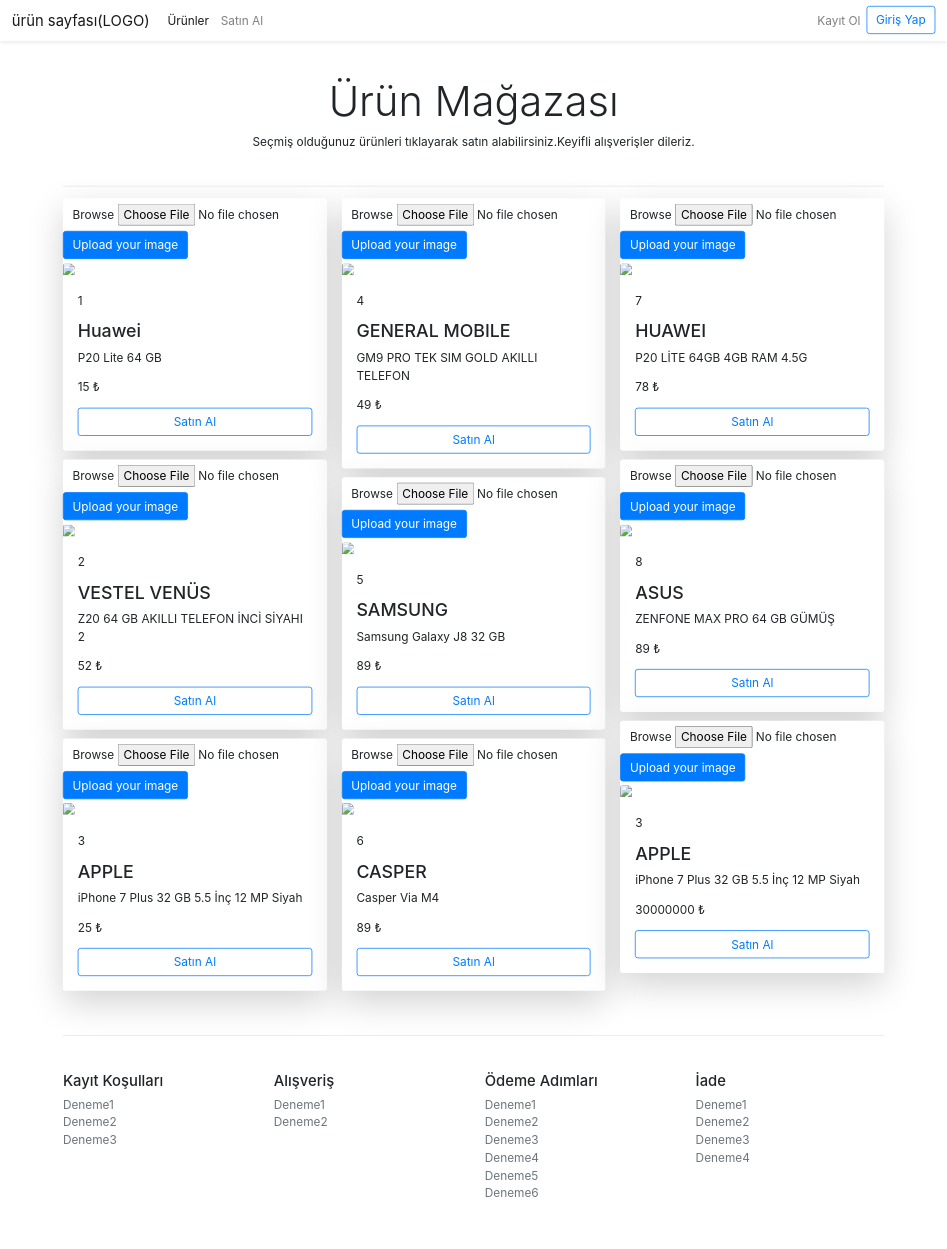
Repository: NergisAktug/E-Commerce-PythonWithFlask-Sqlite3
Page: http://localhost/
The author's editor kept a copy of each file at every save. The page is drawn from the files as they stood at one save, then again after the next save.
The browser window is 1280 px wide. The pictures show the whole page, at 74% of full size.
Some web libraries are served in a nearby version. The page is served by the project's application, run on Flask 3 (app.py). The page reads the database file committed with the project.

Above is the page before, as saved 2018-12-16 00:14:47.

### templates/index.html
<!doctype html>

<html lang="en">
  <head>
      <!-- Required meta tags -->
    <meta charset="utf-8">
    <meta name="viewport" content="width=device-width, initial-scale=1, shrink-to-fit=no">
    <link rel="stylesheet" href="https://use.fontawesome.com/releases/v5.5.0/css/all.css" integrity="sha384-B4dIYHKNBt8Bc12p+WXckhzcICo0wtJAoU8YZTY5qE0Id1GSseTk6S+L3BlXeVIU" crossorigin="anonymous">
    <!-- Bootstrap CSS -->
    <link rel="stylesheet" href="https://stackpath.bootstrapcdn.com/bootstrap/4.1.3/css/bootstrap.min.css" integrity="sha384-MCw98/SFnGE8fJT3GXwEOngsV7Zt27NXFoaoApmYm81iuXoPkFOJwJ8ERdknLPMO" crossorigin="anonymous">

    <title>Hello, world!</title>
  </head>
  <body>



    <nav class="navbar navbar-expand-lg navbar-light shadow-sm" >
        <a href="/" class="navbar-brand">ürün sayfası(LOGO)</a>
        <button class="navbar-toggler" type="button" data-toggle="collapse" data-target="#navbarMenü">
            <span class="navbar-toggler-icon"></span>
        </button>
        <div class="collapse navbar-collapse" id="navbarMenü">
            <ul class="navbar-nav mr-auto">
                <li class="nav-item">
                    <a href="/" class="nav-link active" >Ürünler</a>
                 </li>
                 <li class="nav-item">
                        <a href="/giris" class="nav-link">Satın Al</a>
                     </li>
                     </ul>

                     {% if mesaj %}
                     <ul class="navbar-nav">
                     <div class="alert alert-success">
                            <strong>Başardınız!</strong> {{mesaj}}
                          </div>
                          <li class="nav-item">
                                <a href="/uyeGiris" class="btn btn-outline-primary">Giriş Yap</a>
                               </li>
                            </ul>
                        {% else %}
        {% if  session['uye_giris'] %}
        <ul class="navbar-nav ml-auto">
               <li class="nav-item">  <a href="/sepetGoster" class="nav-link">Sepetim</a></li>
               <li class="nav-item">  <a href="/cikis" class="btn btn-outline-primary">Çıkış Yap</a></li>
            </ul>

        {% else %}
        {% if session['admin_giris']  %}
        <ul class="navbar-nav ml-auto">
                <li class="nav-item"><a href="/giris" >Admin</a></li>
                <li class="nav-item"><a href="/cikis" >Çıkış Yap</a></li>
        </ul>
        {% else %}
            <ul class="navbar-nav">
            <li class="nav-item">
            <a href="/kayit" class="nav-link">Kayıt Ol</a>
            </li>
            <li class="nav-item">
            <a href="/giris" class="btn btn-outline-primary">Giriş Yap</a>
            </li>
            </ul>
            {% endif %}
        {% endif %}
     {% endif %}
        </div>

    </nav>

    <div class="container my-5">
      <h1 class="display-4 text-center mb-2">Ürün Mağazası</h1>
       <p class="text-center mb-5">Seçmiş olduğunuz ürünleri  tıklayarak satın alabilirsiniz.Keyifli alışverişler dileriz.</p>
      <div class="clearfix"></div><hr>
      <div class="card-columns">
          {% if Urun==[] %}
          <div class="alert alert-warning" role="alert">Herhangi bir ürün yok...</div>
          {% else %}
          {% for kayit in Urun %}
          <div data-aos="fade-down" class="card border-0 shadow-lg">
                <form action="/upload" method="post" enctype="multipart/form-data" >
                    <span class="btn btn-default btn-file">
                      Browse <input type="file" name="image">
                    </span>

                  <input type="submit" value="Upload your image" class="btn btn-primary">
                </form>
          <img src="#"  class="card-img-top">
             <div class="card-body">
                    {% for m in marka %}
                    {% if m.markaId==kayit.markaId %}

                    <p>{{m.markaId}}</p>
                    <h4>{{m.markaadi}}</h4>
                    <P>{{m.marka_modeli}} </P>
                    <p>{{kayit.urunFiyati}} ₺</p>
                    <a href="/sepet/kayit.markaId" class="btn btn-outline-primary btn-block">Satın Al</a>
                    {% endif %}
                 {% endfor %}


            </div>
          </div>

      {% endfor %}
      {% endif %}
       </div>
    <hr class="my-5">
</div>


   <footer class="my-5">
<div class="container">
      <div class="row">
     <div class="col-6 col-md-3">
       <h5>Kayıt Koşulları</h5>
       <ul class="list-unstyled">
        <li><a href="#" class="text-muted">Deneme1</a></li>
        <li><a href="#" class="text-muted">Deneme2</a></li>
        <li><a href="#" class="text-muted">Deneme3</a></li>

        </ul>
     </div>

     <div class="col-6 col-md-3">
        <h5>Alışveriş</h5>
        <ul class="list-unstyled">
            <li><a href="#" class="text-muted">Deneme1</a></li>
            <li><a href="#" class="text-muted">Deneme2</a></li>

         </ul>
      </div>
      <div class="col-6 col-md-3">
          <h5>Ödeme Adımları</h5>
          <ul class="list-unstyled">
              <li><a href="#" class="text-muted">Deneme1</a></li>
              <li><a href="#" class="text-muted">Deneme2</a></li>
              <li><a href="#" class="text-muted">Deneme3</a></li>
              <li><a href="#" class="text-muted">Deneme4</a></li>
              <li><a href="#" class="text-muted">Deneme5</a></li>
              <li><a href="#" class="text-muted">Deneme6</a></li>
           </ul>
        </div>
        <div class="col-6 col-md-3">
            <h5>İade</h5>
            <ul class="list-unstyled">
                <li><a href="#" class="text-muted">Deneme1</a></li>
                <li><a href="#" class="text-muted">Deneme2</a></li>
                <li><a href="#" class="text-muted">Deneme3</a></li>
                <li><a href="#" class="text-muted">Deneme4</a></li>
             </ul>
          </div>
      </div>
</div>
   </footer>

    <!-- Optional JavaScript -->
    <!-- jQuery first, then Popper.js, then Bootstrap JS -->
    <script src="https://unpkg.com/aos@2.3.1/dist/aos.js"></script>
    <script src="https://code.jquery.com/jquery-3.3.1.slim.min.js" integrity="sha384-q8i/X+965DzO0rT7abK41JStQIAqVgRVzpbzo5smXKp4YfRvH+8abtTE1Pi6jizo" crossorigin="anonymous"></script>
    <script src="https://cdnjs.cloudflare.com/ajax/libs/popper.js/1.14.3/umd/popper.min.js" integrity="sha384-ZMP7rVo3mIykV+2+9J3UJ46jBk0WLaUAdn689aCwoqbBJiSnjAK/l8WvCWPIPm49" crossorigin="anonymous"></script>
    <script src="https://stackpath.bootstrapcdn.com/bootstrap/4.1.3/js/bootstrap.min.js" integrity="sha384-ChfqqxuZUCnJSK3+MXmPNIyE6ZbWh2IMqE241rYiqJxyMiZ6OW/JmZQ5stwEULTy" crossorigin="anonymous"></script>
    <script>
        AOS.init();
      </script>
  </body>
</html>

### app.py
import datetime
import os
from flask import Flask,flash, request, render_template
from flask import Flask, url_for, redirect, session
from flask_sqlalchemy import SQLAlchemy
from sqlalchemy.sql import table, column, select



class ConfigClass(object):

    SECRET_KEY = 'This is an INSECURE secret!! DO NOT use this in production!!'

    SQLALCHEMY_DATABASE_URI = 'sqlite:///eticaret.sqlite'
    SQLALCHEMY_TRACK_MODIFICATIONS = False

    MAIL_SERVER = 'smtp.gmail.com'
    MAIL_PORT = 465
    MAIL_USE_SSL = True
    MAIL_USE_TLS = False
    MAIL_USERNAME = 'nergis.aktug2014@gmail.com'
    MAIL_PASSWORD = '05383896877'
    MAIL_DEFAULT_SENDER = '"MyApp" <xyz@gmail.com>'

    USER_ENABLE_EMAIL = True
    USER_ENABLE_USERNAME = False
    USER_EMAIL_SENDER_EMAIL = "noreply@example.com"


def create_app():



    app = Flask(__name__)
    app.config.from_object(__name__ + '.ConfigClass')

    db = SQLAlchemy(app)

    UPLOAD_FOLDER = os.path.basename('uploads')
    app.config['UPLOAD_FOLDER'] = UPLOAD_FOLDER

    class Kullanici(db.Model):
        __tablename__ = 'Kullanici'
        id = db.Column(db.Integer, primary_key=True)
        email = db.Column(db.String(80), unique=True)
        sifre = db.Column(db.String(80))
        rolId = db.Column(db.Integer, db.ForeignKey('rol.rolId', ondelete='CASCADE'))
        def __init__(self, email, sifre,rolId):
            self.email = email
            self.sifre = sifre
            self.rolId =rolId

    class Roller(db.Model):
        __tablename__ = 'rol'
        rolId = db.Column(db.Integer, primary_key=True)
        rolisim = db.Column(db.String(80))

    class urunler(db.Model):
        __tablename__ = 'urunler'
        urun_id = db.Column(db.Integer, primary_key=True)
        urunismi = db.Column(db.String(80))
        urunresmi = db.Column(db.String(256))
        urunstok=db.Column(db.Integer)
        urunFiyati = db.Column(db.Integer)
        markaId = db.Column(db.Integer,db.ForeignKey('markalar.markaId', ondelete='CASCADE'))

        def __init__(self, urunismi, urunresmi, urunFiyati,urunstok,markaId):
            self.urunismi =urunismi
            self.urunresmi = urunresmi
            self.urunFiyati = urunFiyati
            self.markaId=markaId
            self.urunstok=urunstok
    class markalar(db.Model):
        __tablename__ = 'markalar'
        markaId = db.Column(db.Integer, primary_key=True)
        markaadi = db.Column(db.String(80))
        marka_modeli = db.Column(db.String(80))

        def __init__(self, markaadi, marka_modeli):
            self.markaadi = markaadi
            self.marka_modeli = marka_modeli

    class musteri(db.Model):
        __tablename__ = 'musteri'
        musteriId = db.Column(db.Integer, primary_key=True)
        musteriadi = db.Column(db.String(80))
        musterisoyadi = db.Column(db.String(80))
        mail = db.Column(db.String(80), unique=True)
        telefon = db.Column(db.Integer)
        sifre = db.Column(db.String(80))
        il = db.Column(db.String(80))
        ilce = db.Column(db.String(80))
        kullaniciId = db.Column(db.Integer(), db.ForeignKey('Kullanici.id', ondelete='CASCADE'))

        def __init__(self, musteriadi, musterisoyadi, mail, telefon, sifre, il, ilce, kullaniciId):
            self.musteriadi = musteriadi
            self.musterisoyadi = musterisoyadi
            self.mail = mail
            self.telefon = telefon
            self.sifre = sifre
            self.il = il
            self.ilce = ilce
            self.kullaniciId = kullaniciId

    class siparis(db.Model):
        __tablename__ = 'siparis'
        siparisId = db.Column(db.Integer, primary_key=True)
        musteriId = db.Column(db.Integer(), db.ForeignKey('musteri.musteriId', ondelete='CASCADE'))
        urunId = db.Column(db.Integer(), db.ForeignKey('urunler.urun_id', ondelete='CASCADE'))
        siparisno = db.Column(db.Integer)
        siparisTarihi = db.Column(db.DateTime, index=True, default=datetime.datetime.utcnow())
        odemeId = db.Column(db.Integer())

        def __init__(self, musteriId, urunId, siparisno, siparisTarihi, odemeId):
            self.musteriId = musteriId
            self.urunId = urunId
            self.siparisno = siparisno
            self.siparisTarihi = siparisTarihi
            self.odemeId = odemeId




    db.create_all()



    @app.route('/')
    def anasayfa():

        marka=markalar.query.all()
        Urun=urunler.query.all()
        tumVeri=urunler.query.all()

        return render_template('index.html',tumVeri=tumVeri,Urun=Urun,marka=marka)

    @app.route('/upload', methods=['POST'])
    def upload_file():
        dosya= request.files['image']
        f = os.path.join(app.config['UPLOAD_FOLDER'], dosya.filename)

        # add your custom code to check that the uploaded file is a valid image and not a malicious file (out-of-scope for this post)
        dosya.save(f)
        return redirect(url_for('anasayfa'))

    @app.route('/kayit', methods=['GET', 'POST'])
    def kayit():
        if request.method == 'POST':
            mail = request.form['email']
            parola = request.form['sifre']
            yeniKullanici = Kullanici(email=mail, sifre=parola,rolId=0)
            db.session.add(yeniKullanici)
            db.session.commit()
            if yeniKullanici is not None:
                mesaj = "Kayıt Başarıyla Sağlanmıştır."
                return render_template("index.html", mesaj=mesaj)
        else:
            return render_template('kayit.html')


    @app.route('/uye', methods=['GET', 'POST'])
    def uye():
        return redirect(url_for('giris'))

    @app.route('/giris', methods=['GET', 'POST'])
    def giris():
        if request.method == 'GET':
            return render_template('uyeGiris.html')
        else:
            email = request.form['email']
            sifre = request.form['sifre']
            data = Kullanici.query.filter_by(email=email, sifre=sifre).first()
            if data is not None:

                if Kullanici.query.filter_by(email=email, sifre=sifre, rolId=1).first():
                    session['admin_giris'] = True
                    return render_template('admin.html',rolId = 1, gir = session['admin_giris'])
                else:
                    session['uye_giris'] = True

                    return redirect(url_for('anasayfa',rolId = 0, gir = session['uye_giris']))
            else:
                return render_template('uyeGiris.html')
    @app.route('/cikis')
    def cikis():
        session.pop('admin_giris',None)
        session.pop('uye_giris',None)
        return redirect(url_for("anasayfa"))
    @app.route('/urunEkle')
    def urunGoster():
        tumVeri=urunler.query.all()
        return render_template("urunEkle.html",tumVeri=tumVeri)


    @app.route('/urunEklemeYap',methods=['POST'])
    def urunEklemeYap():
        urunismi=request.form['urunismi']
        urunResmi=request.form['urunresmi']
        urunFiyati=request.form['fiyati']
        urunStok=request.form['urunstok']
        markaId=request.form['markaId']
        yeniUrun=urunler(urunismi=urunismi,urunresmi=urunResmi,urunFiyati=urunFiyati,urunstok=urunStok,markaId=markaId)
        db.session.add(yeniUrun)
        db.session.commit()
        return redirect(url_for("urunGoster"))
    @app.route("/sil/<string:id>")
    def sil(id):
        urun=urunler.query.filter_by(urun_id=id).first()
        db.session.delete(urun)
        db.session.commit()
        return redirect(url_for('urunGoster'))
    @app.route('/guncelle/<string:id>',methods=['POST','GET'])
    def guncelle(id):
        try:
            urunismi = request.form.get("urunİsmi")
            urunresmi = request.form.get("urunresmi")
            urunFiyati = request.form.get("urunFiyati")
            urunStok=request.form.get("urunstok")
            markaId = request.form.get("markaId")
            urun = urunler.query.filter_by(urun_id=id).first()
            urun.urunismi = urunismi
            urun.urunresmi=urunresmi
            urun.urunFiyati=urunFiyati
            urun.urunstok=urunStok
            urun.markaId=markaId
            db.session.commit()
        except Exception as e:
            print("güncelleme yapılamadı")
            print(e)
        return redirect(url_for('urunGoster'))
    @app.route('/sepetGoster')
    def sepetGoster():

        return render_template("sepet.html")
    @app.route('/sepet/<string:id>',methods=['POST','GET'])
    def sepet(id):
        urun=urunler.query.filter_by(urun_id=id).first()
        marka=markalar.query.filter_by(markaId=id).first()

        return  render_template("sepet.html",urun=urun,marka=marka)


    @app.route('/Markalar',methods=['POST','GET'])
    def Markalar():
       tumMarka=markalar.query.all()
       return render_template("marka.html",tumMarka=tumMarka)


    @app.route('/markaEklemeYap',methods=['POST'])
    def markaEklemeYap():
        ad=request.form['markaadi']
        model=request.form['markamodeli']
        yenimarka=markalar(markaadi=ad,marka_modeli=model)
        db.session.add(yenimarka)
        db.session.commit()
        return redirect(url_for("Markalar"))
    return app
if __name__ == '__main__':
    app=create_app()
    app.run(host='127.0.0.1', port=5000, debug=True)

### eticaret.sqlite (the tables this page reads, as SQL)
CREATE TABLE markalar (
	"markaId" INTEGER NOT NULL, 
	markaadi VARCHAR(80), 
	marka_modeli VARCHAR(80), 
	PRIMARY KEY ("markaId")
);
INSERT INTO "markalar" VALUES
(1, 'Huawei', 'P20 Lite 64 GB'),
(2, 'VESTEL VENÜS', 'Z20 64 GB AKILLI TELEFON İNCİ SİYAHI 2'),
(3, 'APPLE', 'iPhone 7 Plus 32 GB 5.5 İnç 12 MP Siyah'),
(4, 'GENERAL MOBILE ', 'GM9 PRO TEK SIM GOLD AKILLI TELEFON'),
(5, 'SAMSUNG', 'Samsung Galaxy J8 32 GB '),
(6, 'CASPER', 'Casper Via M4'),
(7, 'HUAWEI', 'P20 LİTE 64GB 4GB RAM 4.5G'),
(8, 'ASUS', 'ZENFONE MAX PRO 64 GB GÜMÜŞ'),
(9, 'LG', 'V30 PLUS 128GB AKILLI TELEFON GÜMÜŞ'),
(10, 'xiomi', 'f16');

CREATE TABLE "urunler" (
	`urun_id`	INTEGER NOT NULL,
	`urunismi`	VARCHAR ( 80 ),
	`urunresmi`	VARCHAR ( 256 ),
	`urunstok`	INTEGER,
	`urunFiyati`	INTEGER,
	`markaId`	INTEGER,
	`popular`	TEXT,
	PRIMARY KEY(`urun_id`),
	FOREIGN KEY(`markaId`) REFERENCES `markalar`(`markaId`) ON DELETE CASCADE
);
INSERT INTO "urunler" VALUES
(1, 'telefon', 'var', 50, 15, 1, '1'),
(2, 'telefon', 'var', 10, 52, 2, '0'),
(3, 'telefon', 'var', 26, 25, 3, '0'),
(4, 'telefon', 'var', 78, 49, 4, '0'),
(5, 'telefon', 'var', 52, 89, 5, '3'),
(6, 'telefon', 'var', 12, 89, 6, '2'),
(7, 'telefon', 'var', 16, 78, 7, '7'),
(8, 'telefon', 'var', 45, 89, 8, '0'),
(10, 'bilgisayar', 'yok', 1, 30000000, 3, NULL);

After the next save:
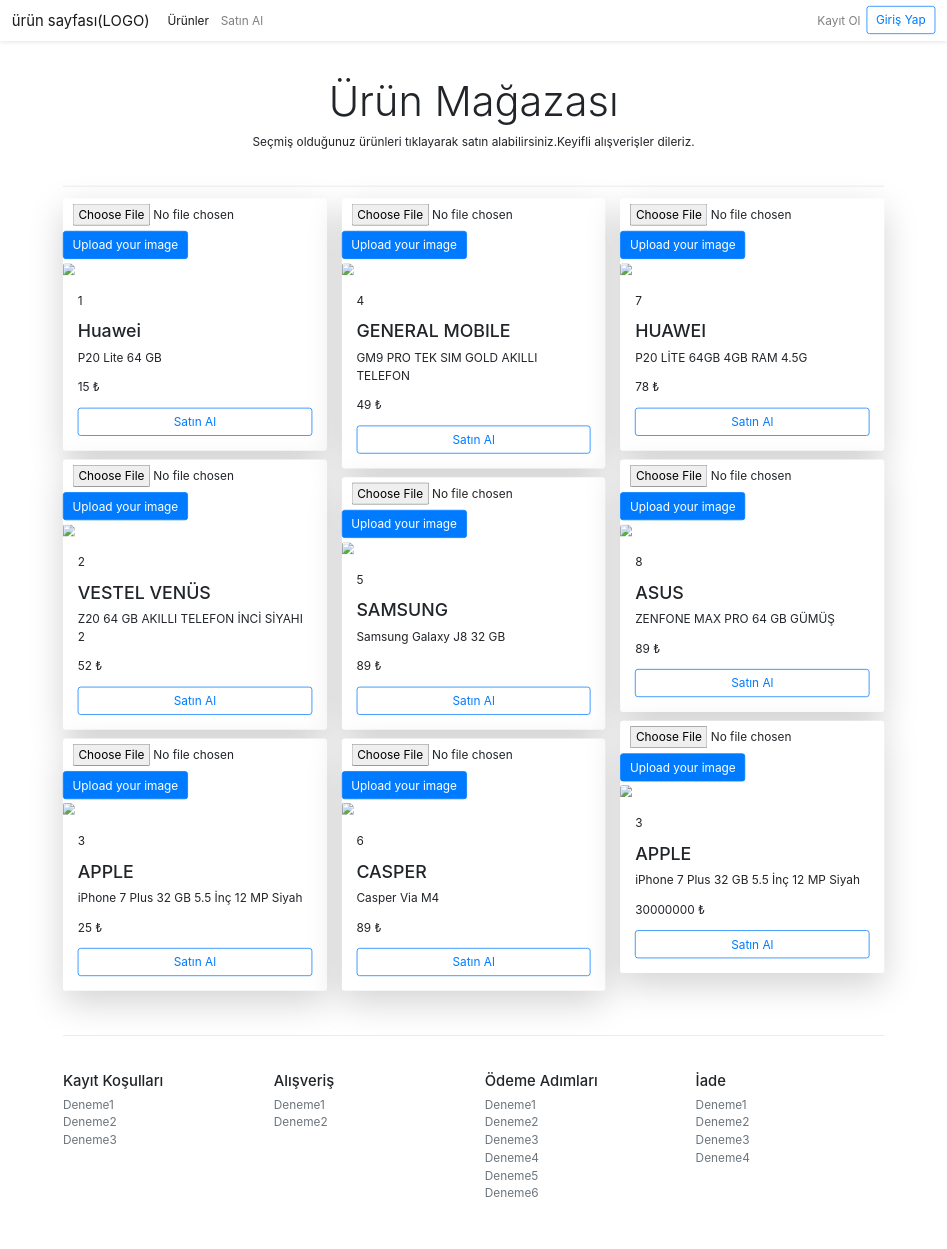
Saved 50 s later.
--- a/templates/index.html
+++ b/templates/index.html
@@ -80,7 +80,7 @@
           <div data-aos="fade-down" class="card border-0 shadow-lg">
                 <form action="/upload" method="post" enctype="multipart/form-data" >
                     <span class="btn btn-default btn-file">
-                      Browse <input type="file" name="image">
+                       <input type="file" name="image">
                     </span>
 
                   <input type="submit" value="Upload your image" class="btn btn-primary">
